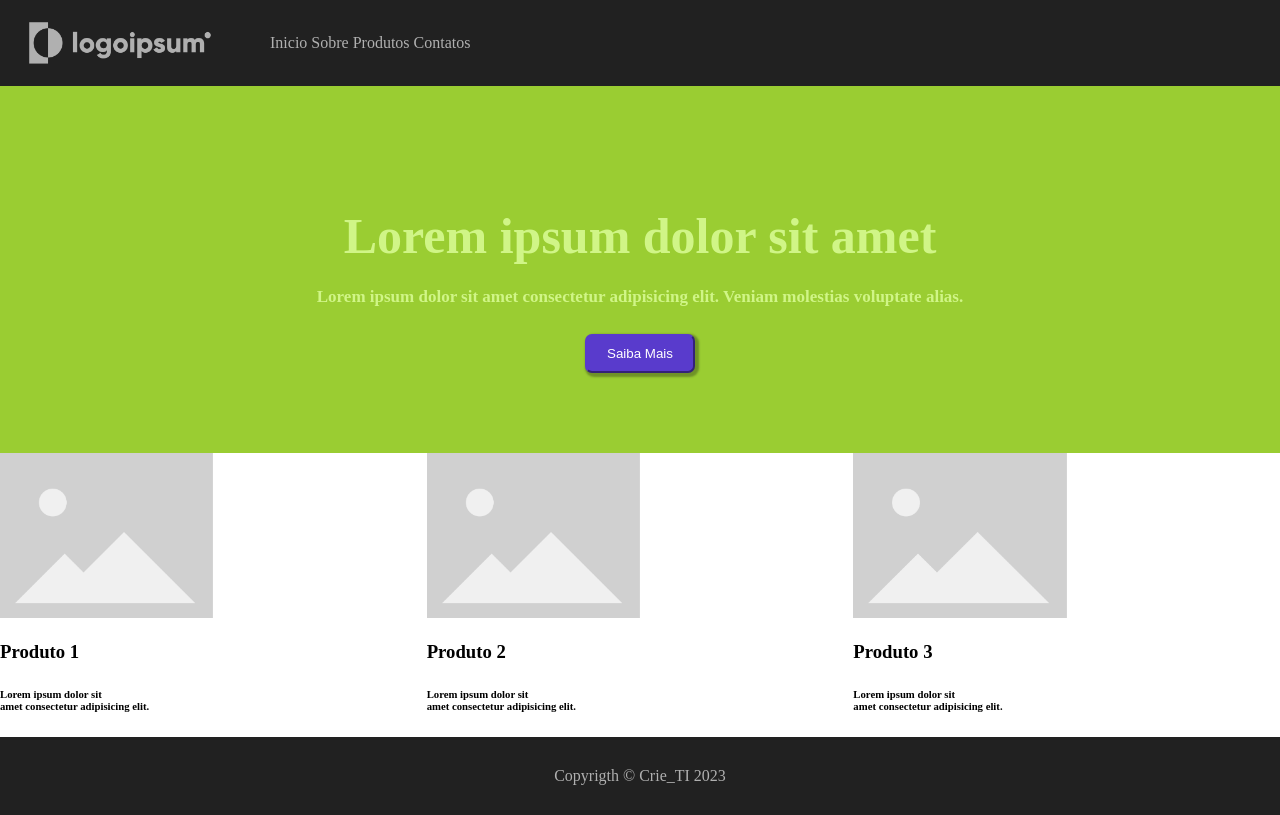
Repository: robsonwssantos/Projeto_Olaria
Page: Exercicios/ex.01/index.html
The author's editor kept a copy of each file at every save. The page is drawn from the files as they stood at one save, then again after the next save.
The browser window is 1280 px wide. The pictures show the whole page.

Above is the page before, as saved 2023-04-21 12:51:55.

### Exercicios/ex.01/index.html
<!DOCTYPE html>
<html lang="pt-BR">
<head>
    <meta charset="UTF-8">
    <meta http-equiv="X-UA-Compatible" content="IE=edge">
    <meta name="viewport" content="width=device-width, initial-scale=1.0">
    <title>Desafio HTML-CSS</title>

    <style>
        body {
            margin: 0;
        }

        nav {
            color: #B0B0B0;
            background-color: #212121;
        }

        .banner {
            color: #d0f587;
            background-color: #9ACD32;
            text-align: center;
            padding: 80px 80px 80px 80px;
        }

        .banner h1 {
            font-size: 50px;
        }

        .banner h3 {
            font-size: 17px;
            margin-top: -20px;
        }



        .botao {
            color: #fff;
            background-color: #593BCC;
            border-color: #593BCC;
            border-radius: 7px;
            padding: 10px 20px 10px 20px;
            margin-top: 10px;
            box-shadow: 2px 2px 2px 2px rgba(19, 18, 18, 0.315);
        }


        header {
            display: flex;
            align-items: center;
            background-color:#212121;
            padding-left: 20px;
            padding-right: 20px;
            box-sizing: border-box;
            color: #B0B0B0;;
          /*  width: 100%;
            position: absolute;
            position: fixed;
            top: 0; */
        }

        header img {
            width: 200px;
            margin-right: 50px;
        }

        header a {
            text-decoration: none;
            color: #B0B0B0;
        }

        a:hover {
            color: #ffffff;
        }


        .container {
            display: flex;
            align-items: center;
        }

        .container img {
            width: 50%;

        }


        footer {
            text-align: center;
            padding-top: 30px;
            padding-bottom: 30px;
            color:#B0B0B0;
            background-color:#212121;

        }

    </style>

</head>
<body>
    <header>

        <img src="logo.png" alt="">
        <nav>
            <a href="">Inicio</a>
            <a href="">Sobre</a>
            <a href="">Produtos</a>
            <a href="">Contatos</a>
        </nav>

    </header>
   <main>
        <section class="banner">
            <div>
                <h1>Lorem ipsum dolor sit amet</h1>
                <h3>Lorem ipsum dolor sit amet consectetur adipisicing elit. Veniam molestias voluptate alias.</h3>
                <button class="botao">Saiba Mais</button>
            </div>
        </section>

        <section class="container" class="row">
            <div class="colum">
                <img src="placeholder.png" alt="">
                <h3>Produto 1</h3>
                <h6>
                    Lorem ipsum dolor sit<br>
                    amet consectetur adipisicing elit.
                </h6>
            </div>
            <div class="colum">
                <img src="placeholder.png" alt="">
                <h3>Produto 2</h3>
                <h6>
                    Lorem ipsum dolor sit<br>
                    amet consectetur adipisicing elit.
                </h6>
            </div>
            <div class="colum">
                <img src="placeholder.png" alt="">
                <h3>Produto 3</h3>
                <h6>
                    Lorem ipsum dolor sit<br>
                    amet consectetur adipisicing elit.
                </h6>
            </div>
        </section>
   </main>

    <footer>
        Copyrigth © Crie_TI 2023
    </footer>
</body>
</html>

After the next save:
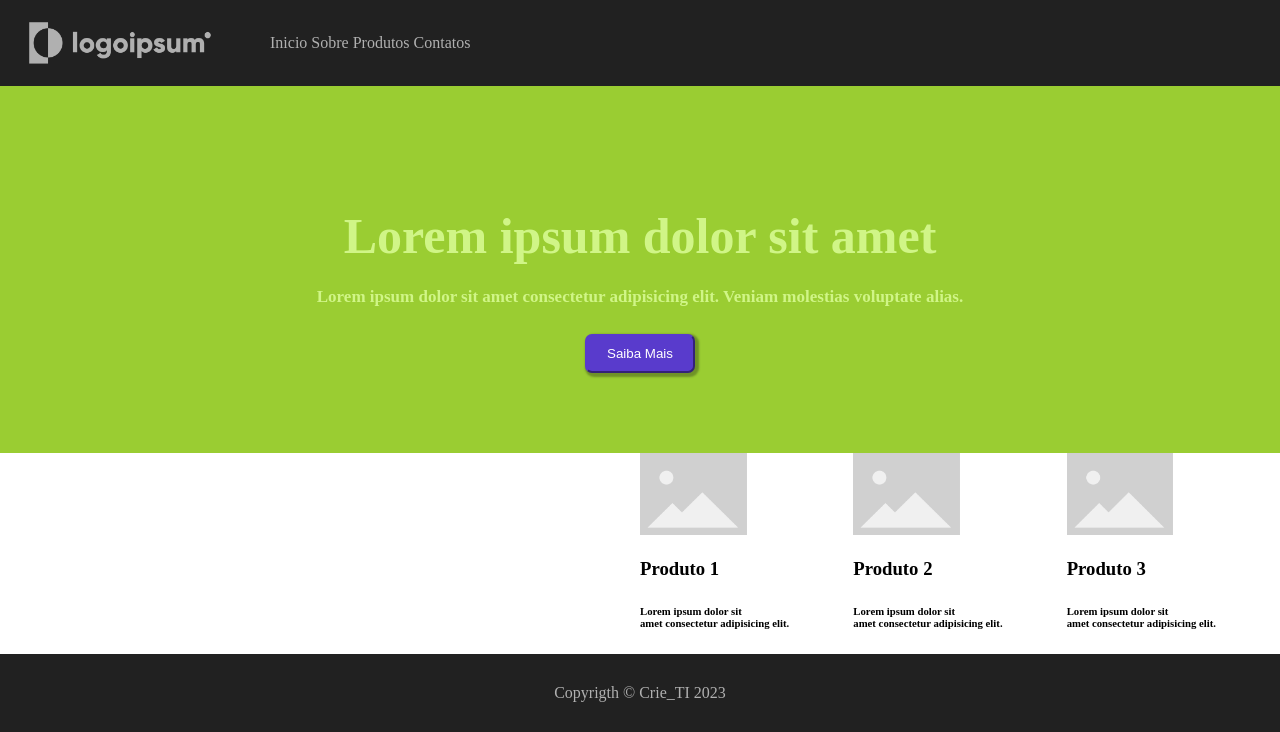
Saved 29 s later.
--- a/Exercicios/ex.01/index.html
+++ b/Exercicios/ex.01/index.html
@@ -77,6 +77,7 @@
         .container {
             display: flex;
             align-items: center;
+            margin-left: 50%;
         }
 
         .container img {
